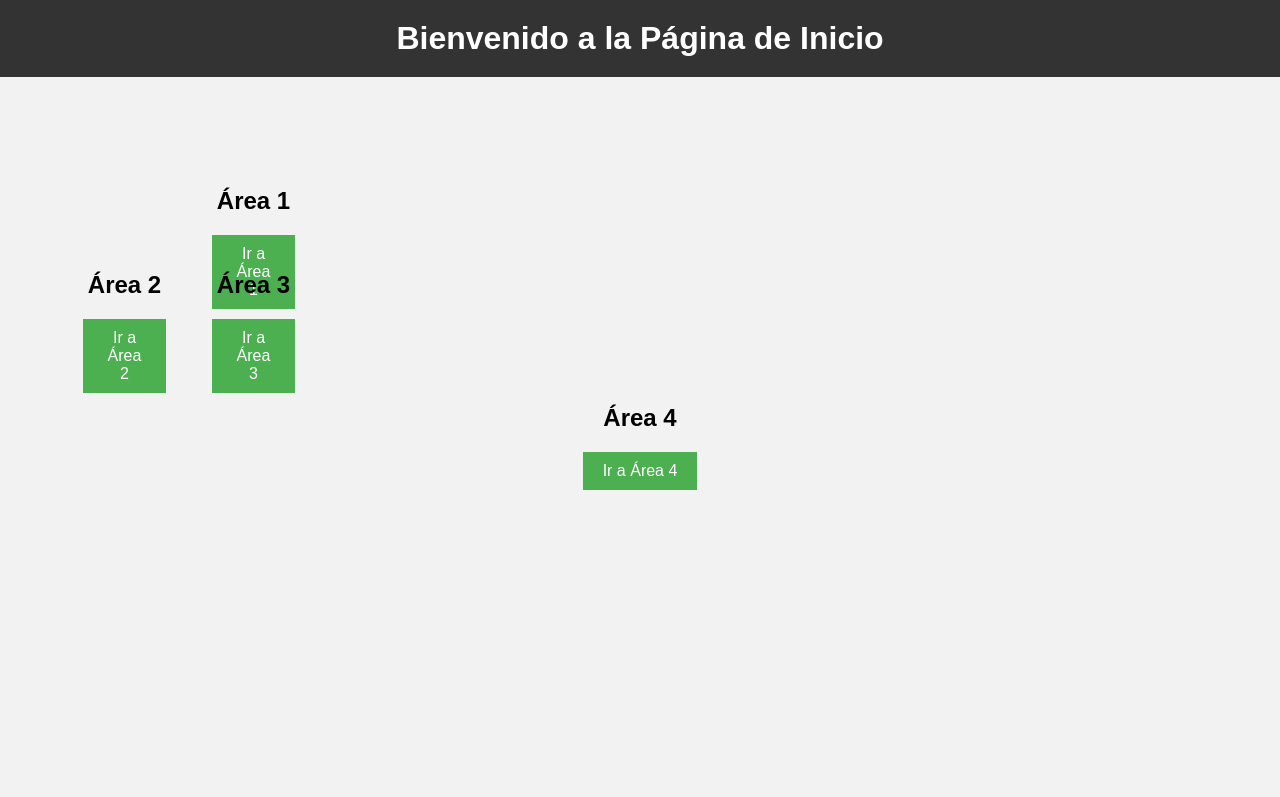
Repository: iDiv3r/MexiQuimicosIsay
Page: Inicio.html
The author's editor kept a copy of each file at every save. The page is drawn from the files as they stood at one save, then again after the next save.
The browser window is 1280 px wide. The pictures show the whole page.

Above is the page before, as saved 2023-11-26 17:13:12.

### Inicio.html
<!DOCTYPE html>
<html>
<head>
  <title>Página de Inicio</title>
  <link rel="stylesheet" href="css/Inicio.css">
</head>
<body>
  <h1>Bienvenido a la Página de Inicio</h1>
  <div id="contenedor">
  <div class="Btn1">
    <h2>Área 1</h2>
    <button onclick="location.href='/ruta/area1.html'">Ir a Área 1</button>
  </div>

  <div class="Btn2">
    <h2>Área 2</h2>
    <button onclick="location.href='/ruta/area2.html'">Ir a Área 2</button>
  </div>

  <div class="Btn3">
    <h2>Área 3</h2>
    <button onclick="location.href='/ruta/area3.html'">Ir a Área 3</button>
  </div>

  <div class="Btn4">
    <h2>Área 4</h2>
    <button onclick="location.href='/ruta/area4.html'">Ir a Área 4</button>
  </div>
</div>
</body>
</html>

### css/Inicio.css
.Btn1{
  position: absolute;
width: 83px;
height: 60px;
left: 202px;
right: 83px;
top: 157px;
bottom: 84px;
}

.Btn2{
position: absolute;
width: 83px;
height: 60px;
left: 73px;
right: 212px;
top: 157px;
bottom: 84px;
}

.Btn2{
position: absolute;
width: 83px;
height: 60px;
left: 73px;
right: 212px;
top: 241px;
bottom: 0;
}

.Btn3{
position: absolute;
width: 83px;
height: 60px;
left: 202px;
right: 83px;
top: 241px;
bottom: 0;
}
body {
  margin: 0;
  padding: 0;
  font-family: Arial, sans-serif;
  background-color: #f2f2f2;
}

h1 {
  text-align: center;
  padding: 20px;
  background-color: #333;
  color: #fff;
  margin: 0;
}

#contenedor {
  display: flex;
  justify-content: center;
  align-items: center;
  height: 100vh;
}

.Btn1,
.Btn2,
.Btn3,
.Btn4 {
  text-align: center;
  margin: 10px;
}

button {
  padding: 10px 20px;
  font-size: 16px;
  background-color: #4caf50;
  color: #fff;
  border: none;
  cursor: pointer;
}

button:hover {
  background-color: #45a049;
}

After the next save:
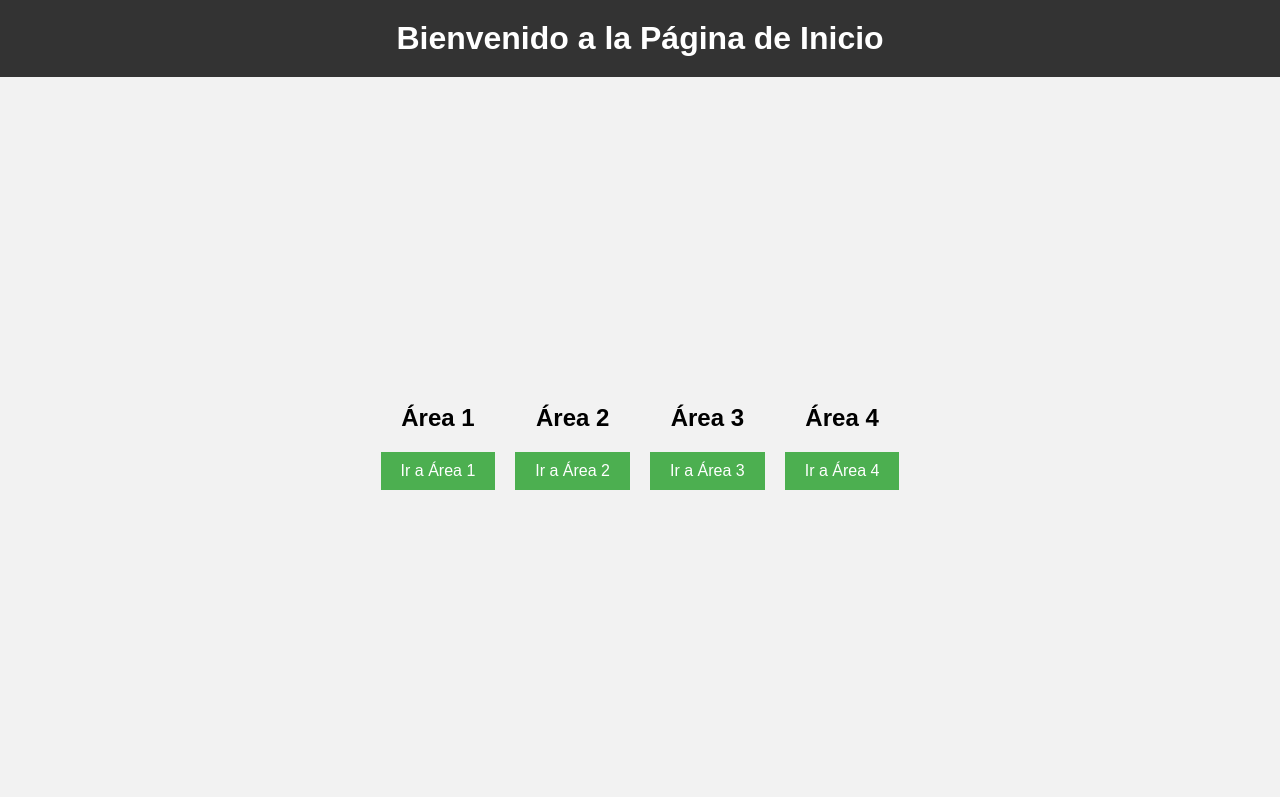
Saved 12 s later.
--- a/css/Inicio.css
+++ b/css/Inicio.css
@@ -1,42 +1,4 @@
-.Btn1{
-  position: absolute;
-width: 83px;
-height: 60px;
-left: 202px;
-right: 83px;
-top: 157px;
-bottom: 84px;
-}
 
-.Btn2{
-position: absolute;
-width: 83px;
-height: 60px;
-left: 73px;
-right: 212px;
-top: 157px;
-bottom: 84px;
-}
-
-.Btn2{
-position: absolute;
-width: 83px;
-height: 60px;
-left: 73px;
-right: 212px;
-top: 241px;
-bottom: 0;
-}
-
-.Btn3{
-position: absolute;
-width: 83px;
-height: 60px;
-left: 202px;
-right: 83px;
-top: 241px;
-bottom: 0;
-}
 body {
   margin: 0;
   padding: 0;
